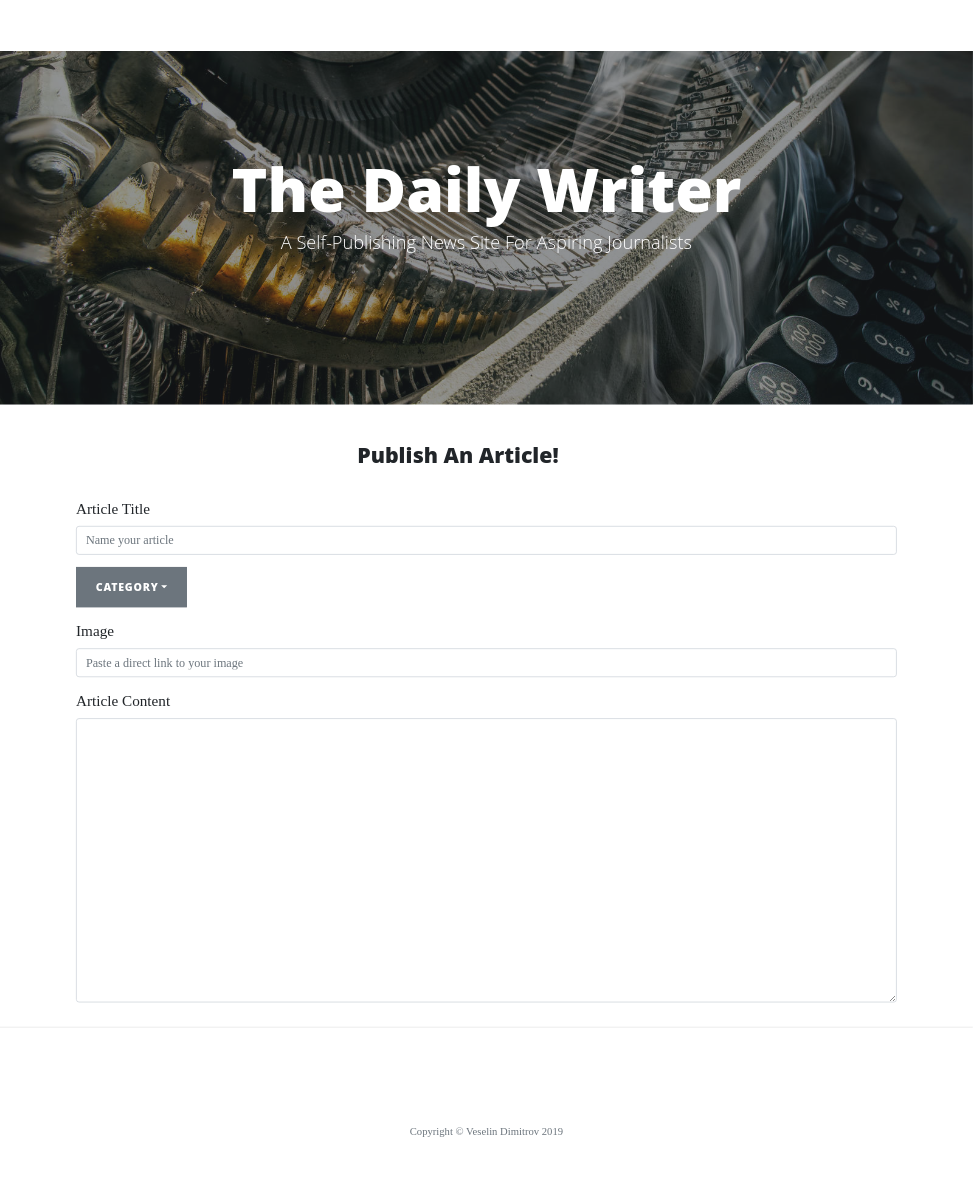
Repository: Vesss/Blog-Project
Page: http://localhost/post
The author's editor kept a record of every edit. The page is drawn from the files as they stood at one moment, then again after the next edit.
The browser window is 1280 px wide. The pictures show the whole page, at 76% of full size.
The page is served by the project's application, run on Flask 3 (app.py). Queries for data that is not in the repository find no rows.

Above is the page before.

After the next edit:
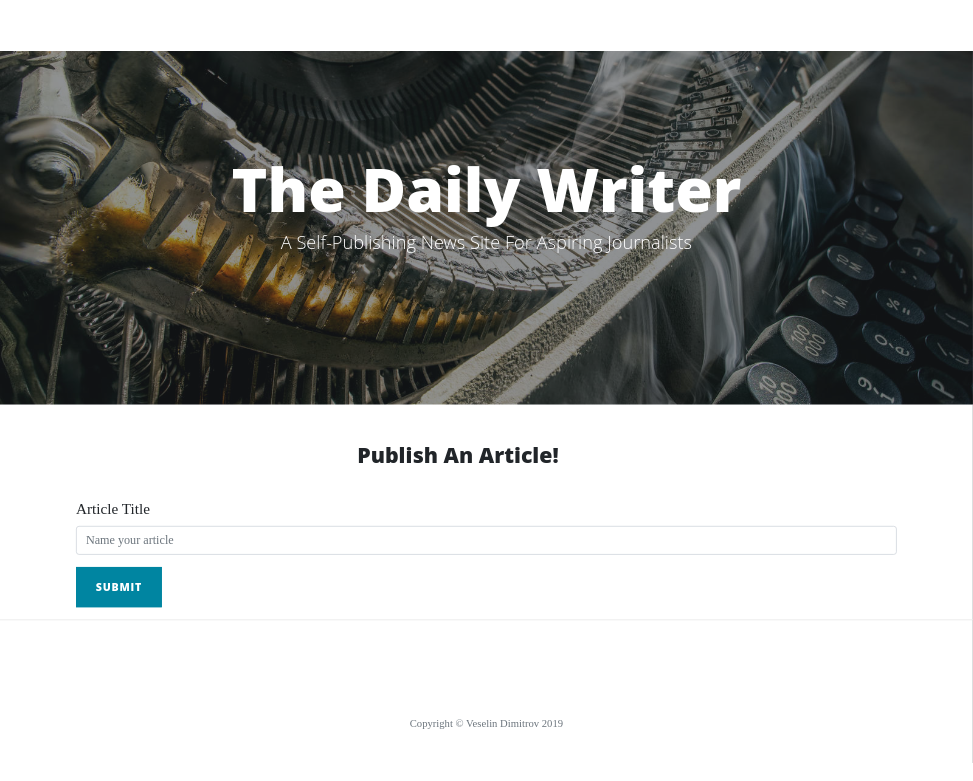
The edit:
--- a/templates/post.html
+++ b/templates/post.html
@@ -17,25 +17,26 @@
                 <label for="article">Article Title</label>
                 <input type="text" class="form-control" placeholder="Name your article">
             </div>
-            <div class="dropdown form-group">
-                <button class="btn btn-secondary dropdown-toggle" type="button" id="dropdownMenuButton" data-toggle="dropdown" aria-haspopup="true" aria-expanded="false">Category</button>
-                <div class="dropdown-menu" aria-labelledby="dropdownMenuButton" id="category" name="category">
-                    <option class="dropdown-item" disabled>Select a category</option>
-                    <option name="sport">Sport</option>
-                    <option name="general_news">General News</option>
-                    <option name="health">Health</option>
-                    <option name="technology">Technology</option>
-                    <option name="fashion">Fashion</option>
-                </div>
-            </div>
-            <div class="form-group">
-                <label for="image">Image</label>
-                <input type="text" class="form-control" placeholder="Paste a direct link to your image">
-            </div>
-            <div class="form-group">
-                <label for="exampleFormControlTextarea1">Article Content</label>
-                <textarea class="form-control" id="exampleFormControlTextarea1" rows="15"></textarea>
-            </div>
+            <!--<div class="dropdown form-group">-->
+            <!--    <button class="btn btn-secondary dropdown-toggle" type="button" id="dropdownMenuButton" data-toggle="dropdown" aria-haspopup="true" aria-expanded="false">Category</button>-->
+            <!--    <div class="dropdown-menu" aria-labelledby="dropdownMenuButton" id="category" name="category">-->
+            <!--        <option class="dropdown-item" disabled>Select a category</option>-->
+            <!--        <option name="sport">Sport</option>-->
+            <!--        <option name="general_news">General News</option>-->
+            <!--        <option name="health">Health</option>-->
+            <!--        <option name="technology">Technology</option>-->
+            <!--        <option name="fashion">Fashion</option>-->
+            <!--    </div>-->
+            <!--</div>-->
+            <!--<div class="form-group">-->
+            <!--    <label for="image">Image</label>-->
+            <!--    <input type="text" class="form-control" placeholder="Paste a direct link to your image">-->
+            <!--</div>-->
+            <!--<div class="form-group">-->
+            <!--    <label for="exampleFormControlTextarea1">Article Content</label>-->
+            <!--    <textarea class="form-control" id="exampleFormControlTextarea1" rows="15"></textarea>-->
+            <!--</div>-->
+            <button type="submit" class="btn btn-primary">Submit</button>
         </form>
     </div>
 </div>
